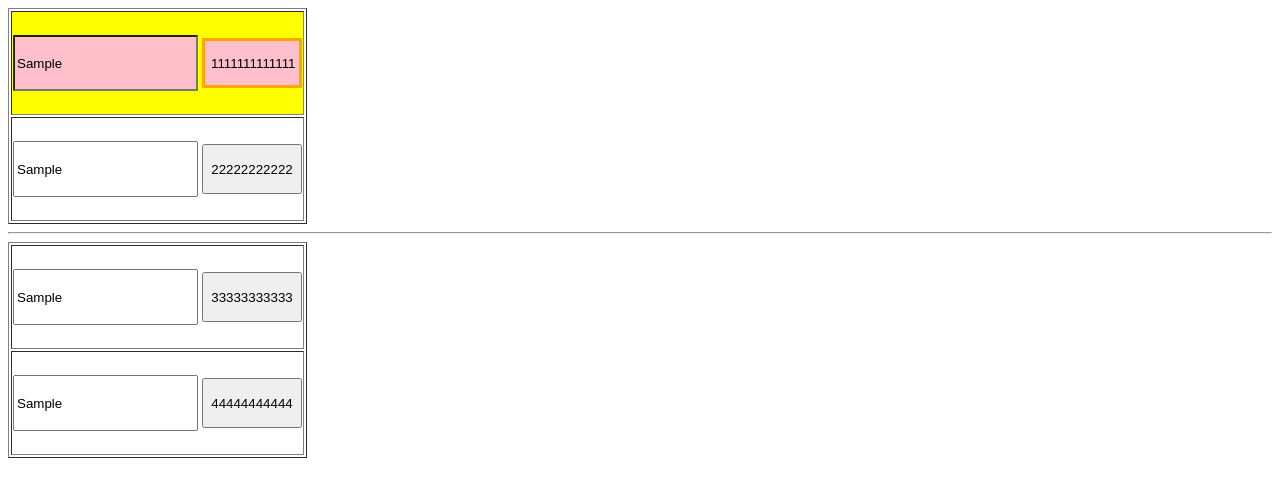
Repository: womss/sexyguy
Page: Spring/Feb14_1_jQuery/WebContent/2_DOM_Select.html
These files come from the project's save history. The page is drawn as it stood at one moment and after the next save; the edit follows.
The browser window is 1280 px wide. The pictures show the whole page.
Empty fields were first filled with sample values (such as "Sample", 5 or name@example.com).
After loading, the first visible `td` was clicked once.

Above is the page before, as saved 2025-02-14 03:14:22.

### Spring/Feb14_1_jQuery/WebContent/2_DOM_Select.html
<!DOCTYPE html>
<html>
<head>
<meta charset="UTF-8">
<title>Insert title here</title>
<style type="text/css">
	td {height: 100px;}
	input {height: 50px;}
	button {width: 100px; height: 50px;}

</style>
<script type="text/javascript" src="jQuery.js"></script>
<script type="text/javascript">
	$(function() {
		// alert('asdf');

		// 선택자를 지정하지 않았을 때 특정 DOM객체를 어떻게 찾아낼 것인가?
		$("button").click(function() {

			// $(this) : 클릭이벤트의 발생함수(콜백함수)를 호출한 장본인
			//			누른 버튼만 해당하는 명령을 실행하도록!
			$(this).css("background-color", "red");

			// 누른 버튼이 있는 td에 배경색을 주기

			// $("td").css("background-color", "teal");
			// parent() : 내가 누른 this의 한단계 상위 DOM객체
			//		cf) 한단계 하위 객체 : children()
			$(this).parent().css("background-color", "teal");


			// 누른 버튼이 있는 table의 테두리를 파란색으로
			// $(this).parent().parent().parent().parent().css("border", "blue solid 3px");

			// closest("CSS선택자") : 상위에 있는 것 중에서 가장 가까운 CSS선택자
			//		cf) find("CSS선택자") : 하위객체 중에서 특정한(CSS선택자) 것
			$(this).closest("table").css("border", "blue solid 3px");
		});
		// td를 클릭했을 때 누른 td의 배경색을 노란색@
		// td를 클릭했을 때 그 td속에 있는 모든 것들의 배경색을 핑크색@
		// td를 클릭했을 때 그 td속에 들어있는 버튼의 테두리색 (색자유)

		// input에 쓴 글자가(입력하고 버튼 눌렀을 때)
		//	해당 input과 동일선상에 있는 button의 글자색이 되도록
		$("td").click(function() {
			$(this).css("background-color", "yellow");
			$(this).children().css("background-color", "pink");
			$(this).find("button").css("border", "orange solid 3px");
		});
		$("button").click(function() { // 버튼을 눌렀을때
			let input = $(this).parent().find("input").val(); // 입력한 값을 input에 담고
			$(this).parent().find("button").css("font-color", input); // 동일 선상에 있는 버튼의 컬러값을 input으로
			//$("input").attr("direction", "right");
			$("input").val("");


		});


	});
</script>
</head>
<body>
	<table border="1">
		<tr><td><input> <button>1111111111111</button></td></tr>
		<tr><td><input> <button>22222222222</button></td></tr>
	</table>
	<hr>
	<table border="1">
		<tr><td><input> <button>33333333333</button></td></tr>
		<tr><td><input> <button>44444444444</button></td></tr>
	</table>
</body>
</html>

Loaded but not shown: Spring/Feb14_1_jQuery/WebContent/jQuery.js (library)

After the next save:
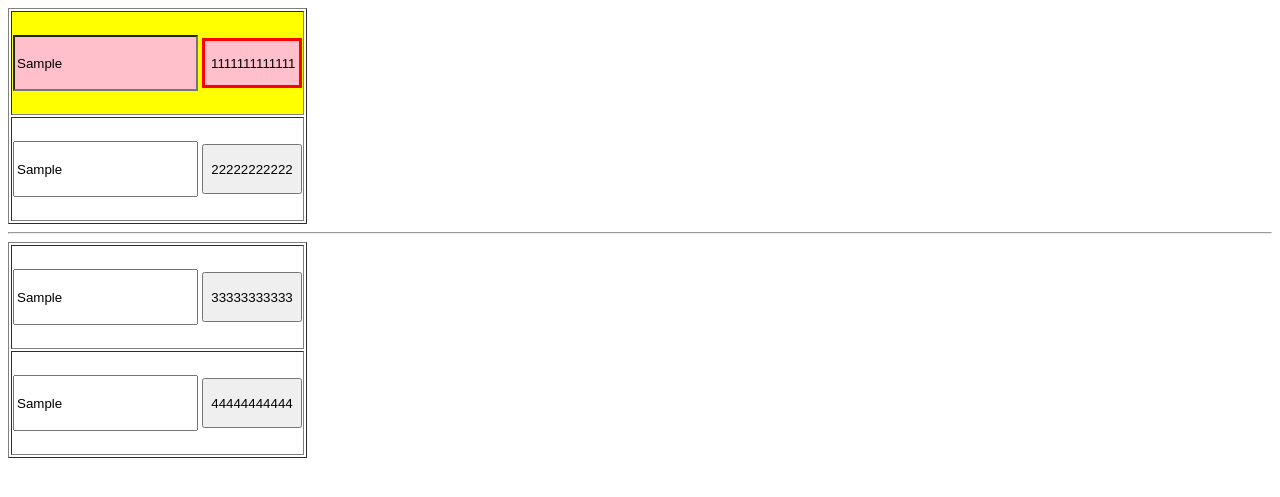
Saved 52 s later.
--- a/Spring/Feb14_1_jQuery/WebContent/2_DOM_Select.html
+++ b/Spring/Feb14_1_jQuery/WebContent/2_DOM_Select.html
@@ -45,7 +45,7 @@
 		$("td").click(function() {
 			$(this).css("background-color", "yellow");
 			$(this).children().css("background-color", "pink");
-			$(this).find("button").css("border", "orange solid 3px");
+			$(this).find("button").css("border", "red solid 3px");
 		});
 		$("button").click(function() { // 버튼을 눌렀을때
 			let input = $(this).parent().find("input").val(); // 입력한 값을 input에 담고
